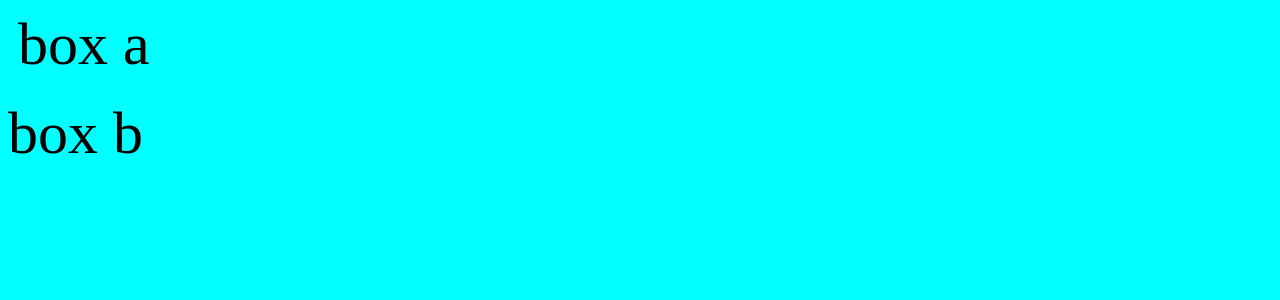
Repository: asifdotpy/testing-html-and-css
Page: index.html
These files come from the project's save history. The page is drawn as it stood at one moment and after the next save; the edit follows.
The browser window is 1280 px wide. The pictures show the whole page.

Above is the page before, as saved 2021-02-14 00:22:51.

### index.html
<!DOCTYPE html>
<html lang="en">
<head>
  <title>Bootstrap Example</title>
  <meta charset="utf-8">
  <meta name="viewport" content="width=device-width, initial-scale=1">
  <link rel="stylesheet" href="main.css">
</head>
<body>
      <div class="a">box a</div>
      <div class="b">box b</div>
</body>
</html>

### main.css
* {
    background-color: aqua;
}

div.a {
    font-size: 60px;
    margin: 10px 10px 20px;
}

div.b {
    font-size: 60px;
}

After the next save:
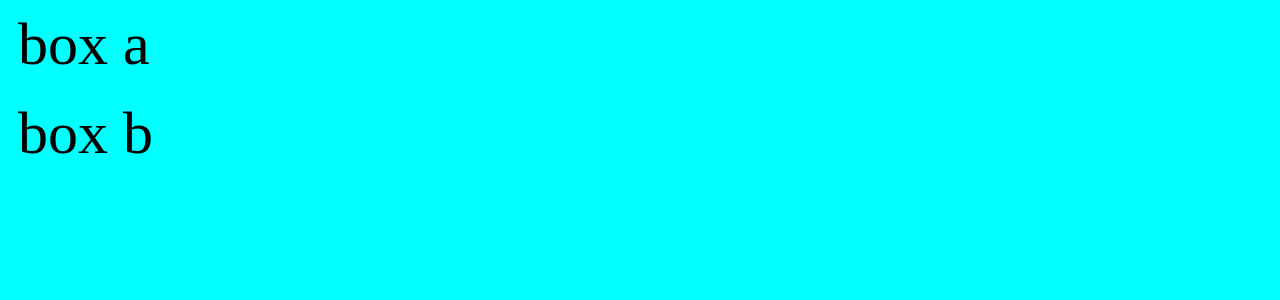
Saved 7 s later.
--- a/main.css
+++ b/main.css
@@ -9,4 +9,5 @@ div.a {
 
 div.b {
     font-size: 60px;
+    margin: 10px 10px 20px;
 }
